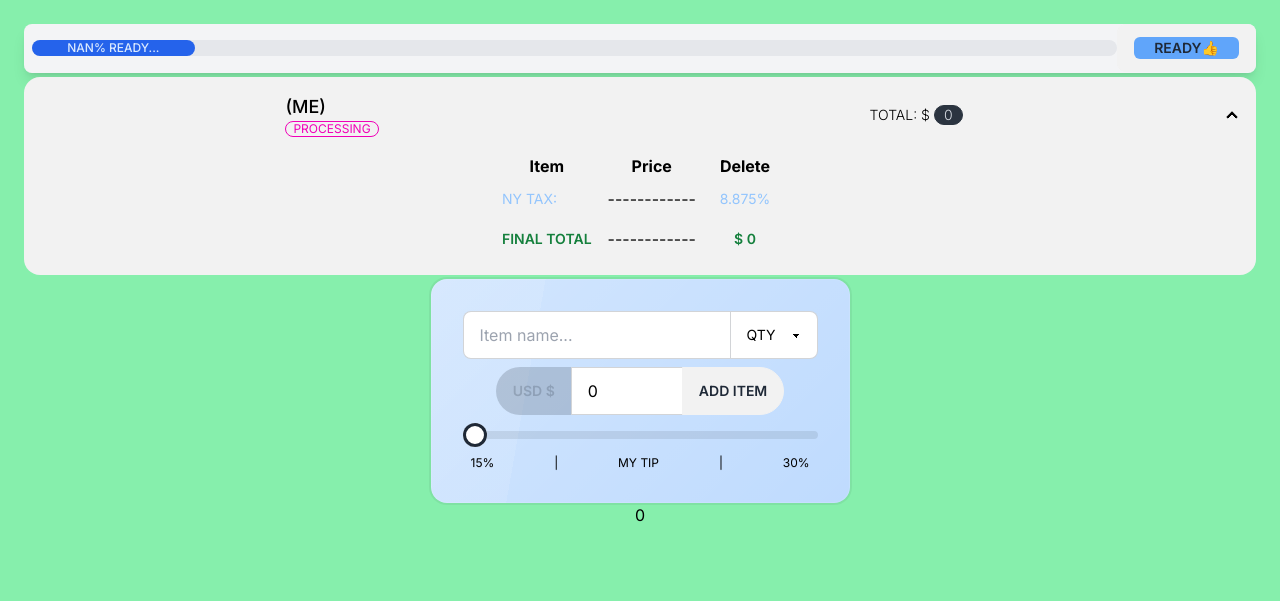
Repository: bitepay/bitepay-xyz
Page: /table
These files come from the project's save history. The page is drawn as it stood at one moment and after the next save; the edit follows.
The browser window is 1280 px wide. The pictures show the whole page.
The page's requests for data from a server got no answer. The project was rebuilt for these pictures with package versions that can differ from the ones it lists, and the page was loaded fresh each time. The framework's server and built-in components were replaced by stand-ins that run in the browser. No one was signed in, and anything a server would have sent is missing. Also part of the build but not shown: next.config.js.

Above is the page before, as saved 2023-06-28 07:58:14.

After the next save:
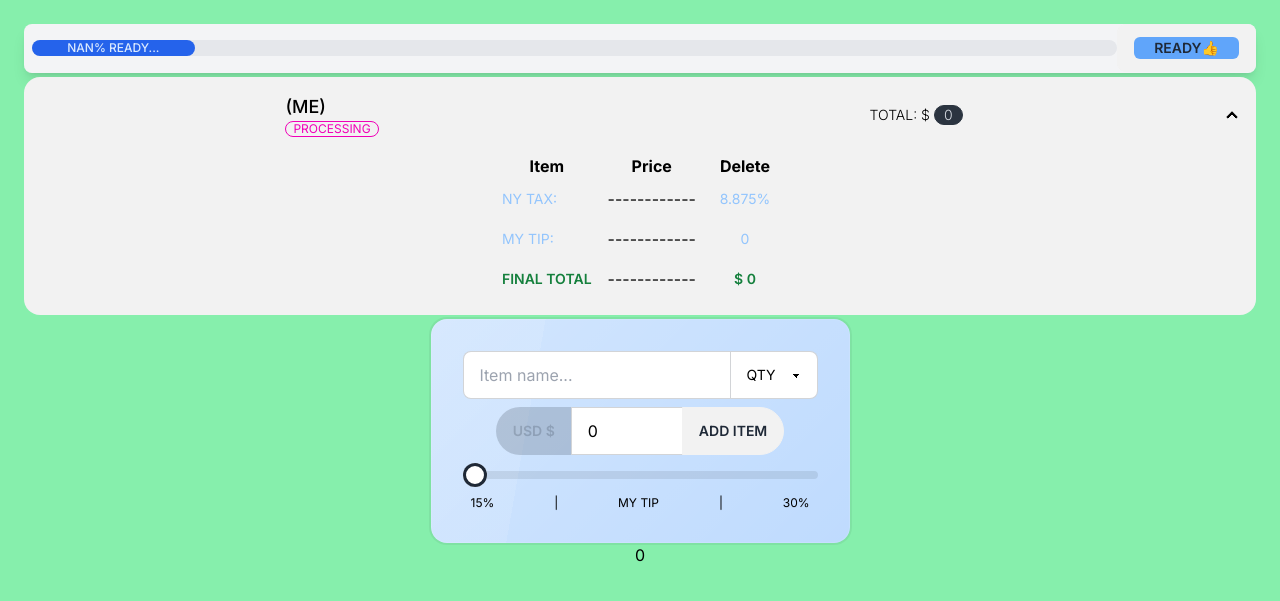
Saved 4 min 11 s later.
--- a/src/components/UserBill.jsx
+++ b/src/components/UserBill.jsx
@@ -65,6 +65,17 @@ export const UserBill = ({ user, handleUserDelete }) => {
             </tr>
             <tr>
               <td className="p-2 whitespace-nowrap">
+                <div className="text-left text-sm text-blue-300">MY TIP:</div>
+              </td>
+              <td className="p-2 whitespace-nowrap">
+                <div className="text-center">------------</div>
+              </td>
+              <td className="p-2 whitespace-nowrap">
+                <div className="text-sm text-center  text-blue-300">{Math.round(100 * ((1 + (user.tip / 100)) * user.total )) / 100}</div>
+              </td>
+            </tr>
+            <tr>
+              <td className="p-2 whitespace-nowrap">
                 <div className="text-left text-sm text-green-700 font-semibold">FINAL TOTAL</div>
               </td>
               <td className="p-2 whitespace-nowrap">
